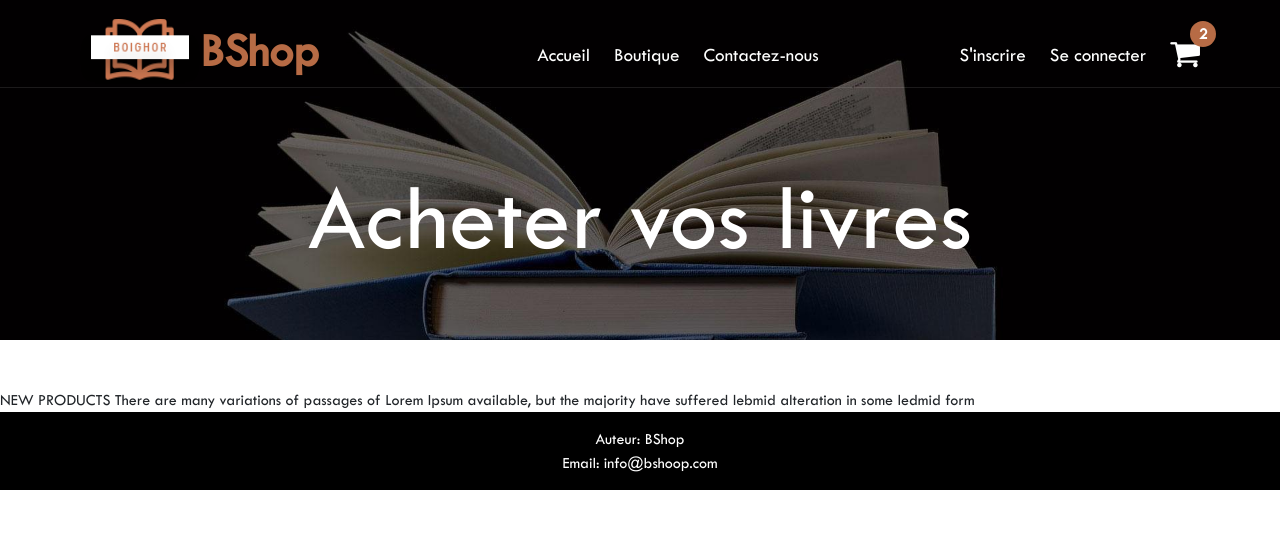
Repository: padevft/e-commerce-php
Page: http://localhost/
The author's editor kept a copy of each file at every save. The page is drawn from the files as they stood at one save, then again after the next save.
The browser window is 1280 px wide. The pictures show the whole page.
The page is run by PHP 8.4 with error messages shown; the project is at /var/www/html/.

Above is the page before, as saved 2023-09-17 22:26:59.

After the next save:
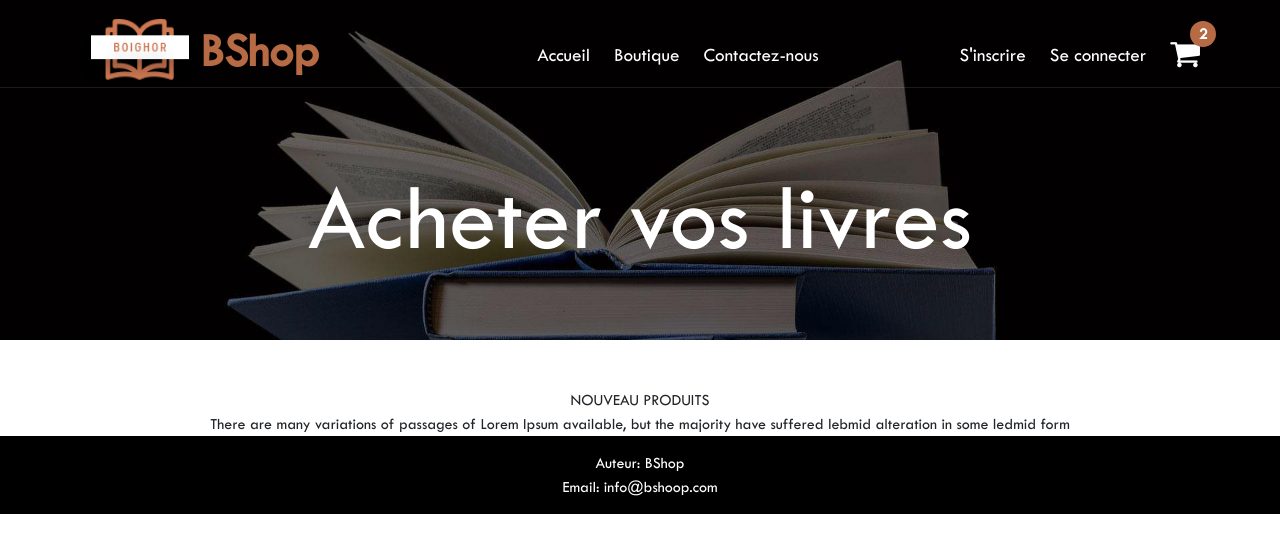
Saved 2 min 20 s later.
--- a/index.php
+++ b/index.php
@@ -24,9 +24,10 @@
         </span>
       </div>
       <div class="container-products pt-5">
-        <div class="">
-        NEW PRODUCTS
-There are many variations of passages of Lorem Ipsum available, but the majority have suffered lebmid alteration in some ledmid form
+        <div class="d-flex flex-column align-items-center justify-content-center">
+          <span class="text-intro-1"> NOUVEAU PRODUITS</span>
+          <span class="text-intro-1">There are many variations of passages of Lorem Ipsum available, but the majority have suffered lebmid alteration in some ledmid form
+          </span>
         </div>
       </div>
     </main>
